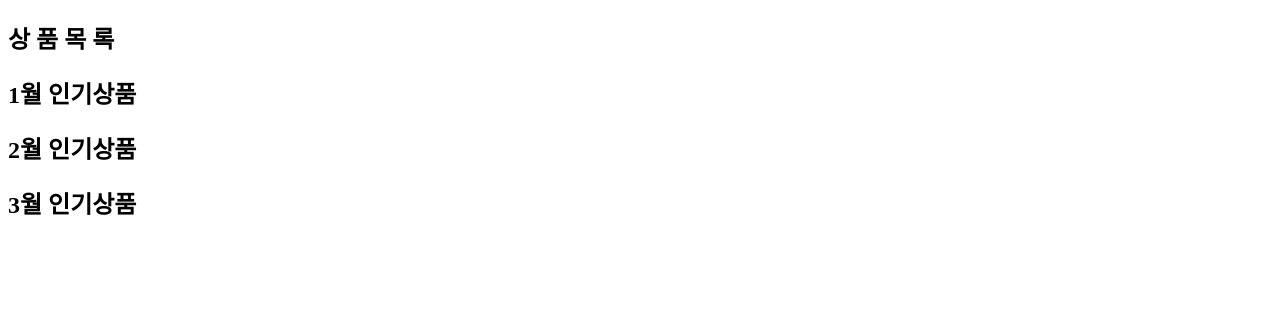
Repository: odasd/jsp
Page: http://localhost/semi/record/record3.jsp
An editor plug-in stored every save of this project. The page is shown before and after the next save, followed by the edit.
The browser window is 1280 px wide. The pictures show the whole page.
Some web libraries are served in a nearby version. The page is served by Tomcat 9. Other server files are loaded and not shown. Queries for data that is not in the repository find no rows.

Above is the page before, as saved 2020-06-17 08:59:30.

### semi/WebContent/record/record3.jsp
<%@ page language="java" contentType="text/html; charset=UTF-8"  pageEncoding="UTF-8"%>


<!DOCTYPE html>
<html>
<head>
	<meta charset="UTF-8">
	<title>히히호호</title>
	<script src="http://code.jquery.com/jquery-3.1.1.min.js"></script>
	<script src="https://cdnjs.cloudflare.com/ajax/libs/handlebars.js/3.0.1/handlebars.js"></script>
	<style>
	#tbl1 {width:1000px;}
	.image{width:200px; float:left;}
	</style>
</head>
<body>
   <div id="divPage">
      <div id="divMenu"></div>
      <div id="divHeader">
         <h2>상 품 목 록</h2>
      </div>
      <div id="haha">
       <h2>1월 인기상품</h2>
       <div id="tbl1"></div>
         <script id="temp1" type="text/x-handlebars-template">
         {{#each array}}
					<div class="image"><img src="{{printImage image}}"><br>
					{{product_name}}<br>{{sold_quantity}}</div>
			{{/each}}
      </script>
       <h2>2월 인기상품</h2>
      <div id="tbl2" ></div>
         <script id="temp2" type="text/x-handlebars-template">
         {{#each array}}

					<div class="image"><img src="{{printImage image}}"><br>
					{{product_name}}<br>{{sold_quantity}}</div>

           {{/each}}
      </script>

      <h2>3월 인기상품</h2>
      <div id="tbl3" ></div>
         <script id="temp3" type="text/x-handlebars-template">
         {{#each array}}

					<div class="image"><img src="{{printImage image}}"><br>
					{{product_name}}<br>{{sold_quantity}}</div>

           {{/each}}
      </script>
      </div>
   </div>
</body>
<script>
	var selMonth;

	getList(1);
	getList(2);
	getList(3);


	function getList(selMonth){

    $.ajax({
       type:"get",
       url:"/semi/record/topTen",
       data:{"selMonth":selMonth},
       dataType:"json",
       success:function(data){

          var template = Handlebars.compile($("#temp"+selMonth).html());
          $("#tbl"+selMonth).html(template(data));
       }
       });
    }

	 Handlebars.registerHelper("printImage", function(image){
		 var src;
		 if(!image) src="http://placehold.it/200x300"; else src="/img/product/" + image; return src;
		 });
</script>
</html>

### semi/src/record/RecordServlet.java
package record;

import java.io.IOException;
import java.io.PrintWriter;

import javax.servlet.ServletException;
import javax.servlet.annotation.WebServlet;
import javax.servlet.http.HttpServlet;
import javax.servlet.http.HttpServletRequest;
import javax.servlet.http.HttpServletResponse;

import org.json.simple.JSONObject;

/**
 * Servlet implementation class RecordServlet
 */
@WebServlet(value={"/record/topTen"})
public class RecordServlet extends HttpServlet {
	private static final long serialVersionUID = 1L;


	protected void doGet(HttpServletRequest request, HttpServletResponse response) throws ServletException, IOException {
		response.setContentType("text/html;charset=UTF-8"); //한글깨짐 방지
		PrintWriter out=response.getWriter(); //브라우저에 출력하기 위한 객체
		RecordDAO rdao=new RecordDAO();

		switch(request.getServletPath()) {

		case "/record/topTen" :

			String strMonth=request.getParameter("selMonth");
			int month=Integer.parseInt(strMonth);
			out.println(rdao.list(month));
			break;

		}


	}


	protected void doPost(HttpServletRequest request, HttpServletResponse response) throws ServletException, IOException {

	}

}

### semi/src/record/RecordDAO.java
package record;

import java.sql.PreparedStatement;
import java.sql.ResultSet;

import org.json.simple.JSONArray;
import org.json.simple.JSONObject;

import database.Database;

public class RecordDAO {


	//월별 탑10 상품 출력

	public JSONObject list(int month) {
		JSONObject jObject=new JSONObject();
		try {
			String sql="select img, product_name, sold_quantity\r\n" +
					"from product p, sell_record s\r\n" +
					"where p.product_code=s.product_code and p.category_code=s.category_code and month=?\r\n" +
					"order by sold_quantity desc limit 0, 5";
			PreparedStatement ps=Database.CON.prepareStatement(sql);
			ps.setInt(1, month);
			ResultSet rs=ps.executeQuery();
			JSONArray jArray=new JSONArray();
			while(rs.next()) {
				JSONObject obj=new JSONObject();
				obj.put("img", rs.getString("img"));
				obj.put("product_name", rs.getString("product_name"));
				obj.put("sold_quantity", rs.getInt("sold_quantity"));
				jArray.add(obj);
			}
			jObject.put("array", jArray);
		} catch(Exception e) {
			System.out.println("top10상품목록 : "+e.toString());
		}

		return jObject;
	}

}

### semi/src/database/Database.java
package database;

import java.sql.*;

public class Database {
	public static Connection CON;
	static {
		try {
			Class.forName("com.mysql.jdbc.Driver");
			CON = DriverManager.getConnection("jdbc:mysql://localhost:3306/mydb", "semi", "pass");
			System.out.println("connected");
		} catch (Exception e) {
			System.out.println("connection error: " + e.toString());
		}
	}
}

After the next save:
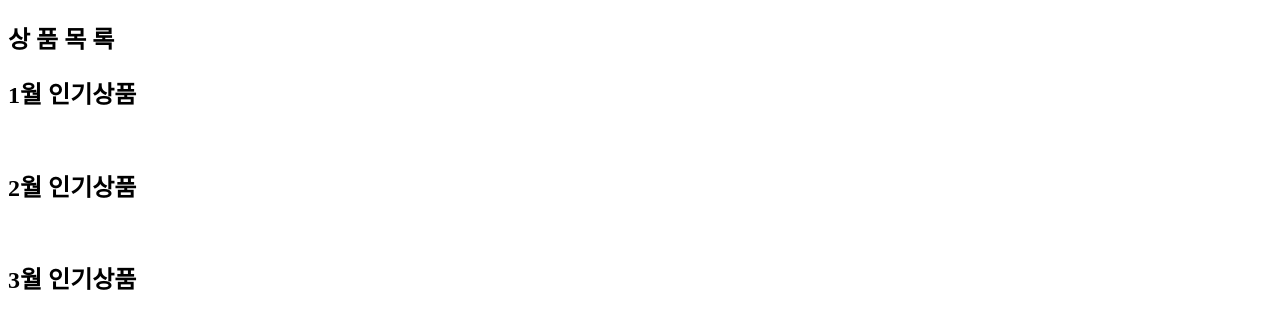
Saved 4 min 22 s later.
--- a/semi/WebContent/record/record3.jsp
+++ b/semi/WebContent/record/record3.jsp
@@ -27,7 +27,7 @@
 					<div class="image"><img src="{{printImage image}}"><br>
 					{{product_name}}<br>{{sold_quantity}}</div>
 			{{/each}}
-      </script>
+      </script><br>
        <h2>2월 인기상품</h2>
       <div id="tbl2" ></div>
          <script id="temp2" type="text/x-handlebars-template">
@@ -38,7 +38,7 @@
 
            {{/each}}
       </script>
-
+      <br>
       <h2>3월 인기상품</h2>
       <div id="tbl3" ></div>
          <script id="temp3" type="text/x-handlebars-template">

After the save that followed:
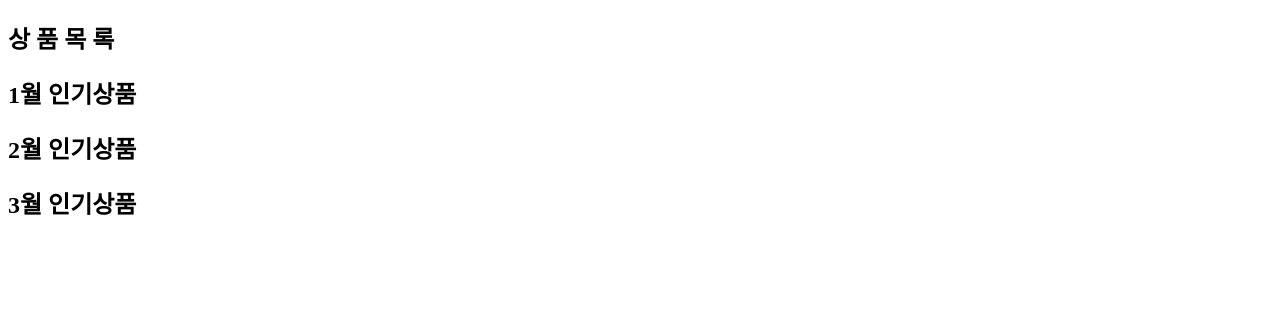
Saved 12 s later.
--- a/semi/WebContent/record/record3.jsp
+++ b/semi/WebContent/record/record3.jsp
@@ -27,7 +27,7 @@
 					<div class="image"><img src="{{printImage image}}"><br>
 					{{product_name}}<br>{{sold_quantity}}</div>
 			{{/each}}
-      </script><br>
+      </script>
        <h2>2월 인기상품</h2>
       <div id="tbl2" ></div>
          <script id="temp2" type="text/x-handlebars-template">
@@ -38,7 +38,7 @@
 
            {{/each}}
       </script>
-      <br>
+
       <h2>3월 인기상품</h2>
       <div id="tbl3" ></div>
          <script id="temp3" type="text/x-handlebars-template">
